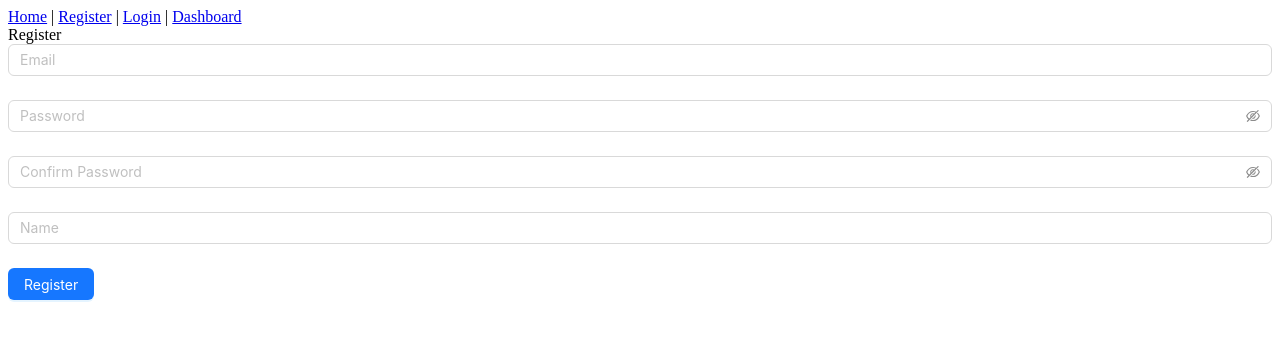
Repository: shaynewx/Airbrb
Page: /register (app in frontend/)
An editor plug-in stored every save of this project. The page is shown before and after the next save, followed by the edit.
The browser window is 1280 px wide. The pictures show the whole page.
The project was rebuilt for these pictures with package versions that can differ from the ones it lists, and the page was loaded fresh each time. Also part of the build but not shown: frontend/src/components/Home.jsx, frontend/src/components/form/apiService.jsx, frontend/src/components/form/LoginForm.jsx, frontend/src/components/Login.jsx, frontend/src/components/Dashboard.jsx.

Above is the page before, as saved 2023-11-07 13:50:12.

After the next save:
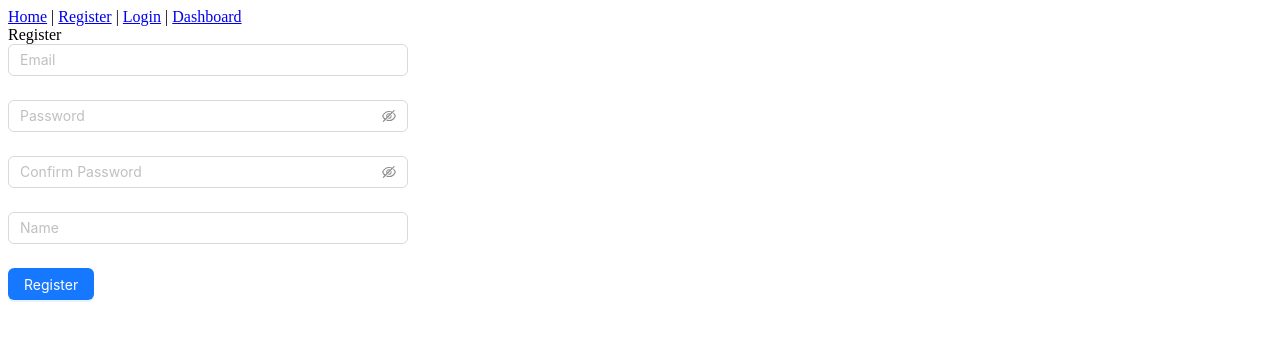
Saved 7 min 26 s later.
--- a/frontend/src/components/form/RegisterForm.jsx
+++ b/frontend/src/components/form/RegisterForm.jsx
@@ -158,8 +158,19 @@ const RegisterForm = () => {
     <Form
       form={form}
       name="register"
+      labelCol={{
+        span: 8,
+      }}
+      wrapperCol={{
+        span: 16,
+      }}
+      style={{
+        maxWidth: 600,
+      }}
       onFinish={onFinish}
-      initialValues={{ remember: true }}
+      initialValues={{
+        remember: true,
+      }}
       scrollToFirstError
       autoComplete="off"
     >
